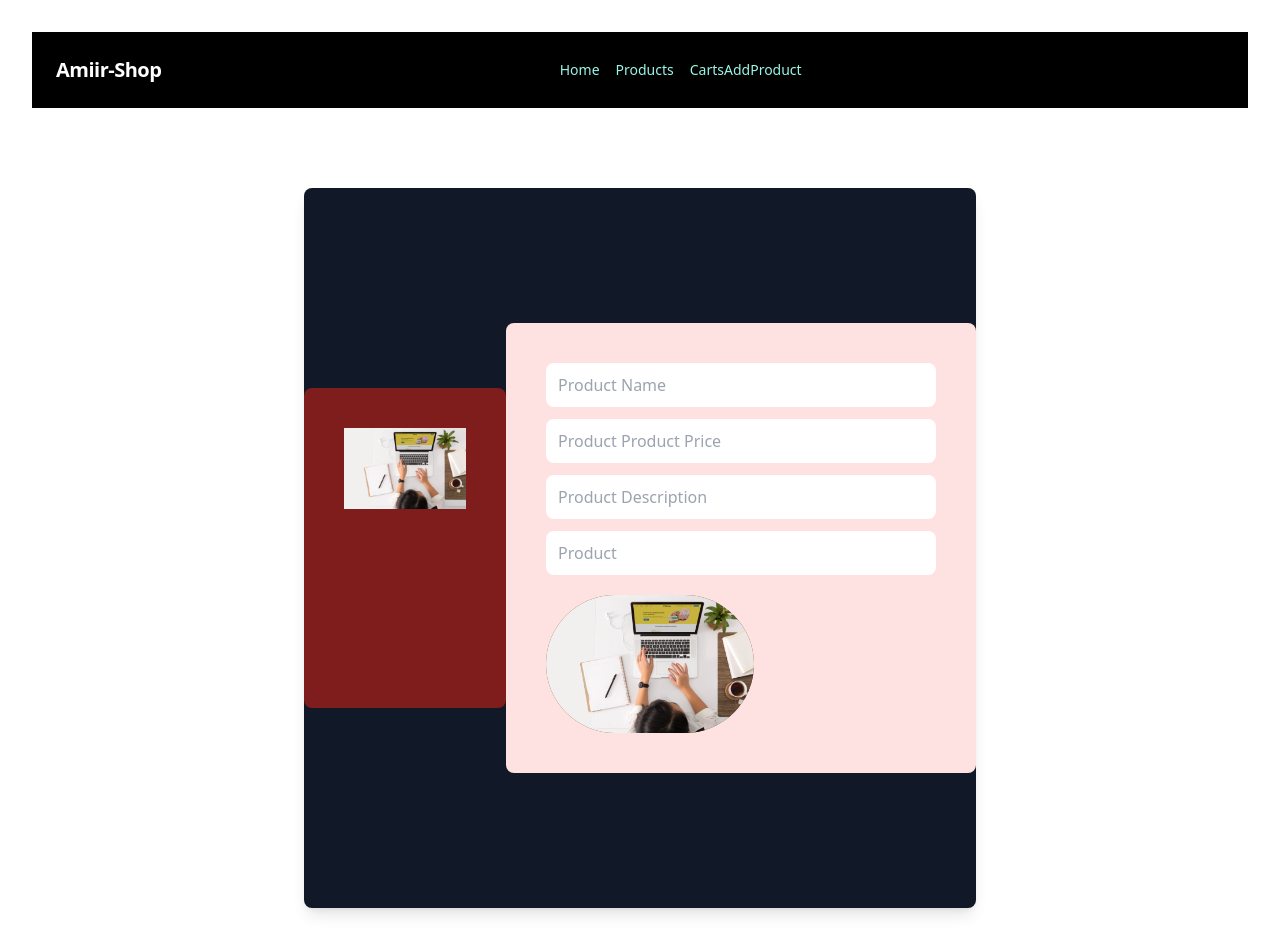
Repository: ENG-AMIIR-MUSE/ECommerce-app-using-react
Page: /addProducts
The author's editor kept a copy of each file at every save. The page is drawn from the files as they stood at one save, then again after a run of saves.
The browser window is 1280 px wide. The pictures show the whole page.
The page's requests for data from a server got no answer. The project was rebuilt for these pictures with package versions that can differ from the ones it lists, and the page was loaded fresh each time. No one was signed in, and anything a server would have sent is missing. Also part of the build but not shown: vite.config.js, src/Components/productList.js, src/Components/productCard.js.

Above is the page before, as saved 2023-06-24 19:49:46.

### src/main.jsx
import React from 'react'
import ReactDOM from 'react-dom/client'
import App from './App.jsx'
import './index.css'

import { BrowserRouter }  from 'react-router-dom'



ReactDOM.createRoot(document.getElementById('root')).render(
  <React.StrictMode>
    <BrowserRouter>
    <App />
    </BrowserRouter>

  </React.StrictMode>,

)

### src/App.jsx
import { useEffect } from 'react'
import { useState } from 'react'
import axios from 'axios'
import ProductList from './Components/ProductList'
import ProductCard from './Components/ProductCard'

import './App.css'

import {NavBar} from './Components/NavBar'
import {  Routes,Route } from 'react-router-dom'

import AddProduct from './Components/AddProduct'

function App() {
const [products,setProducts] =  useState([])

useEffect(()=>{
  axios.get('https://fakestoreapi.com/products')
  .then((response)=>{
    // console.log(response)
   setProducts(response.data)
  }).catch((er)=>{
    console.log(er.response)
  })

})

  return (
    <>

    {/* {console.log(products)} */}
    <NavBar/>

    {/* <ProductCard/> */}
    <Routes>
    <Route path="/"/>
    <Route path="/products" element={<ProductList products ={products}/>}/>

    <Route path="/products/:id" element={<ProductCard products = {products}/>}/>
  <Route path="/addProducts/" element={<AddProduct/>}/>
  </Routes>
    </>


  )


}

export default App

### src/Components/NavBar.jsx
import React from 'react'
import {Link } from 'react-router-dom'
 export function NavBar() {
  return (
    <>
    <nav className=" items-center justify-between flex-wrap bg-black p-6 mb-20 h-auto p-5">
  <div className="flex items-center flex-shrink-0 text-white mr-6">

    <span className="font-semibold text-xl tracking-tight">Amiir-Shop</span>


  <div className="w-full block flex-grow lg:flex lg:items-center lg:w-auto">
    <div className="text-sm lg:flex-grow">
      <Link to="/" className="block mt-4 lg:inline-block lg:mt-0 text-teal-200 hover:text-white mr-4">
        Home
      </Link>
      <Link to="/products" className="block mt-4 lg:inline-block lg:mt-0 text-teal-200 hover:text-white mr-4">
        Products
      </Link>
      <Link to="/carts" className="block mt-4 lg:inline-block lg:mt-0 text-teal-200 hover:text-white">
        Carts
      </Link>
      <Link to="/addProducts" className="block mt-4 lg:inline-block lg:mt-0 text-teal-200 hover:text-white">
        AddProduct
      </Link>
    </div>

  </div>
  </div>
</nav>
    </>
  )

 }

### src/Components/AddProduct.jsx
import React from "react";
import reactsvg from '../assets/weImage.jpg'
const  AddProduct = ()=>{

    return(

        <div  className="bg-gray-900 mt-0  text-black  min-h-screen flex flex-col lg:flex-row lg:max-w-2xl  max-w-sm mx-auto justify-center items-center  shadow-lg rounded-lg ">
          <div className="w-96 rounded-lg mx-auto  bg-red-900  m-5 h-80 p-10">
           <img src= {reactsvg}  alt="missing-product-image"/>
          </div>
          <div className="mx-auto p-10 m-10 rounded-lg bg-red-100">
          <form className="space-y-3">

           <input type="text"placeholder="Product Name" className="w-full  rounded-lg h-11  pl-3"/>
          <input type="text"placeholder="Product Product Price" className="w-full rounded-lg h-11  pl-3"/>
          <input type="text"placeholder="Product Description" className="w-full rounded-lg h-11  pl-3"/>
           <input type="text" placeholder="Product"className="w-full rounded-lg h-11 pl-3 "/>
           <div>
             <img src={reactsvg} alt="" className="rounded-full w-52 mt-5  max-w-md  object-contain bg-yellow-900" />

           </div>
          </form>
          </div>
        </div>
    )
}
export default AddProduct;

Loaded but not shown: index.html (common file); src/index.css (common file); src/App.css (common file); tailwind.config.js (common file)

After the next 4 saves:
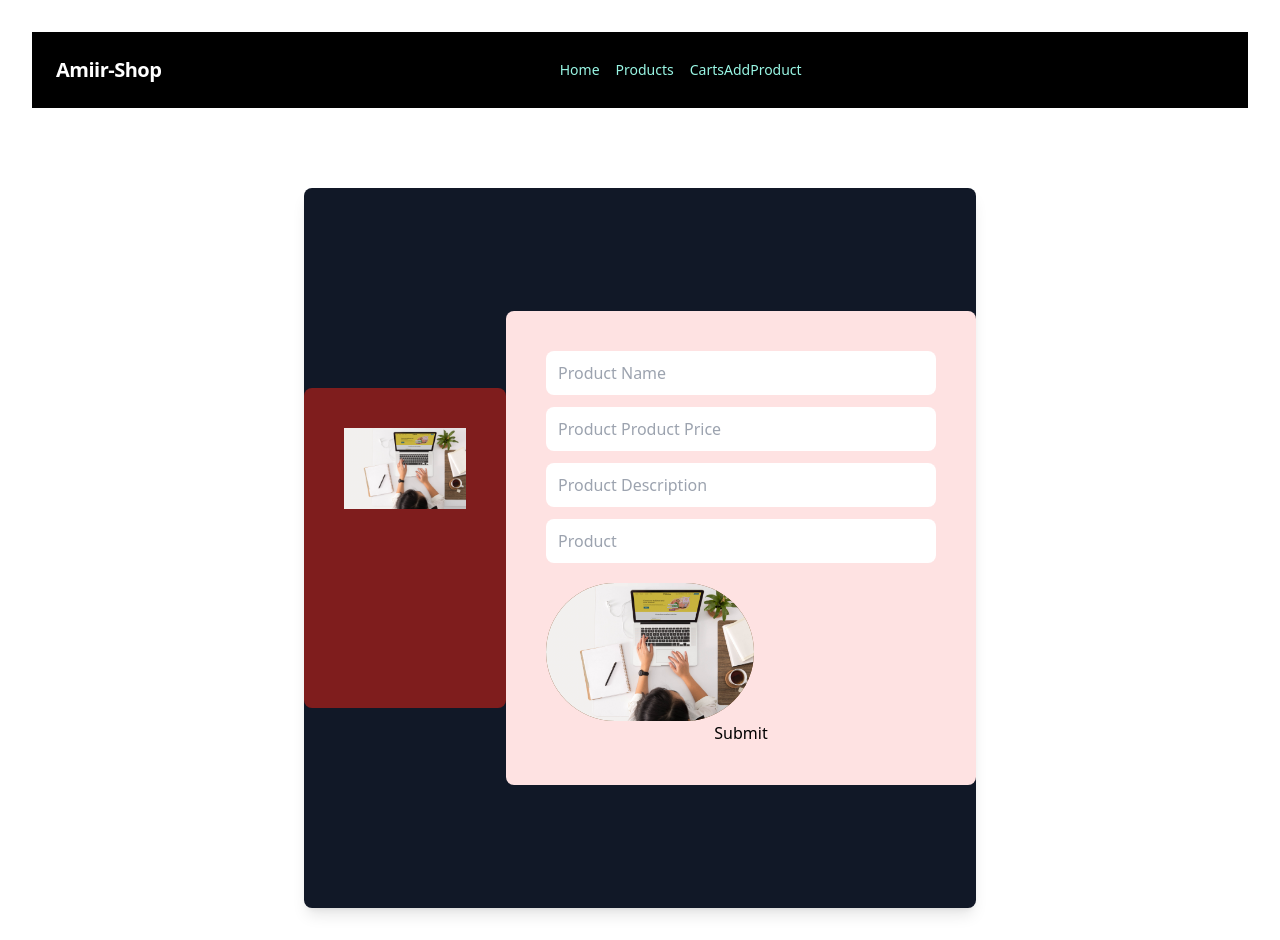
The 4 saves are shown as one change because 1 did not build or start and some came seconds apart.
The last was saved 22 s later.
--- a/src/Components/AddProduct.jsx
+++ b/src/Components/AddProduct.jsx
@@ -17,7 +17,7 @@ const  AddProduct = ()=>{
            <input type="text" placeholder="Product"className="w-full rounded-lg h-11 pl-3 "/>
            <div>
              <img src={reactsvg} alt="" className="rounded-full w-52 mt-5  max-w-md  object-contain bg-yellow-900" />
-
+             <input type="submit" />
            </div>
           </form>
           </div>
